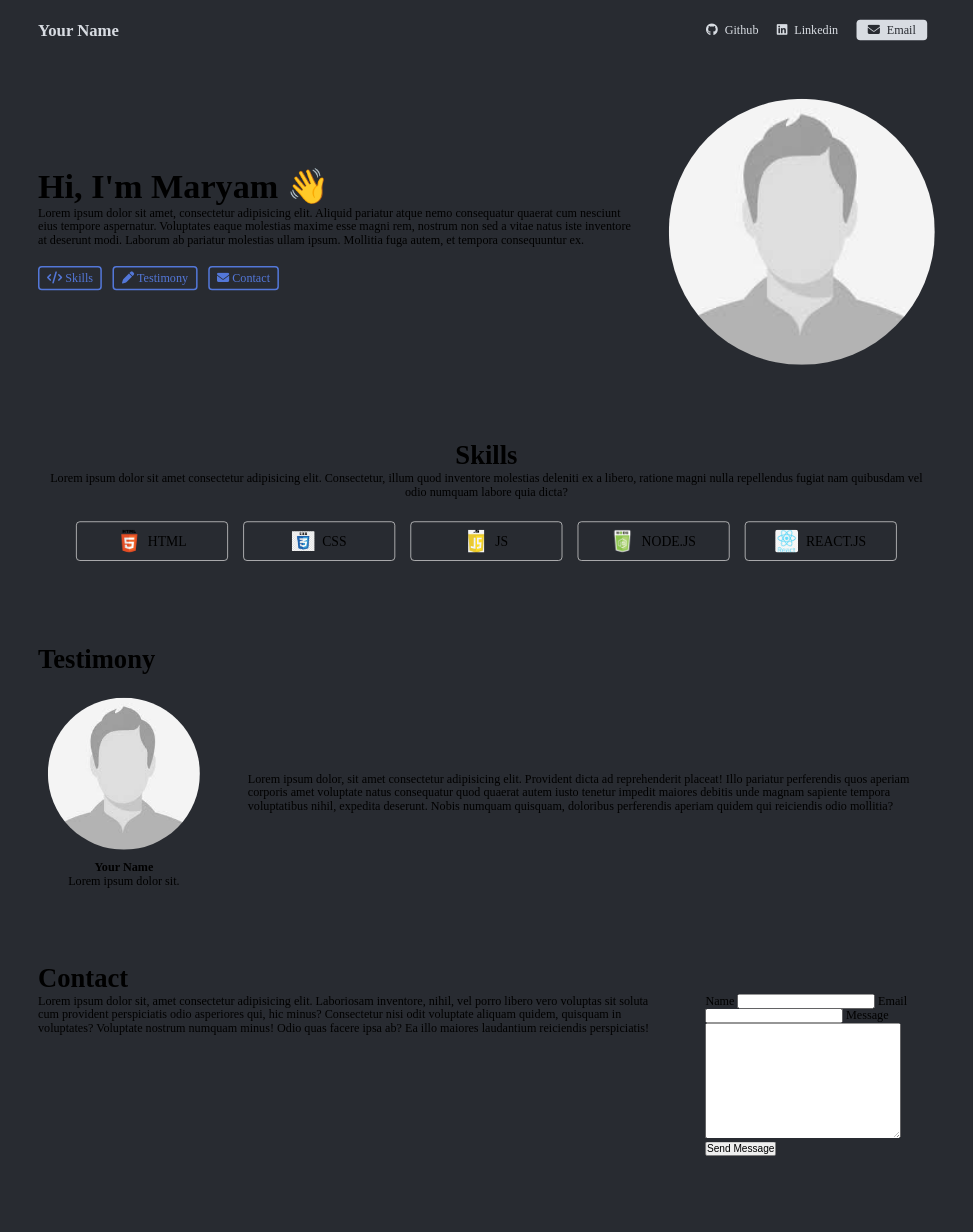
Repository: MaramMaryam/my-portfolio-test
Page: index.html
The author's editor kept a copy of each file at every save. The page is drawn from the files as they stood at one save, then again after a run of saves.
The browser window is 1280 px wide. The pictures show the whole page, at 76% of full size.
Some web libraries are served in a nearby version.

Above is the page before, as saved 2024-09-20 19:31:01.

### index.html
<!DOCTYPE html>
<html lang="en">

<head>
    <meta charset="UTF-8">
    <meta name="viewport" content="width=device-width, initial-scale=1.0">

    <link rel="preconnect" href="https://fonts.googleapis.com">
    <link rel="preconnect" href="https://fonts.gstatic.com" crossorigin>
    <link
        href="https://fonts.googleapis.com/css2?family=Poppins:ital,wght@0,100;0,200;0,300;0,400;0,500;0,600;0,700;0,800;0,900;1,100;1,200;1,300;1,400;1,500;1,600;1,700;1,800;1,900&display=swap"
        rel="stylesheet">

    <link rel="stylesheet" href="https://cdnjs.cloudflare.com/ajax/libs/font-awesome/6.6.0/css/all.min.css"
        integrity="sha512-Kc323vGBEqzTmouAECnVceyQqyqdsSiqLQISBL29aUW4U/M7pSPA/gEUZQqv1cwx4OnYxTxve5UMg5GT6L4JJg=="
        crossorigin="anonymous" referrerpolicy="no-referrer" />

    <link rel="stylesheet" href="styles.css">
    <title>My Portfolio</title>
</head>

<body>
    <!--navbar-->
    <nav>
        <div class="left">
            <a href="/"> Your Name </a>
        </div>
        <div class="right">
            <a href="http://github.com" target="_blank" rel="">
                <i class="fa-brands fa-github"></i>
                <span>Github</span>
            </a>

            <a href="http://linkedin.com" target="_blank" rel="">
                <i class="fa-brands fa-linkedin"></i>
                <span>Linkedin</span>
            </a>

            <a href="mailto:example@gmail.com">
                <i class="fa-solid fa-envelope"></i>
                <span>Email</span>
            </a>
        </div>
    </nav>
    <main>
        <!--section1-->
        <section class="hero-section">
            <div class="text">
                <h2>Hi, I'm Maryam 👋</h2>
                <p>Lorem ipsum dolor sit amet, consectetur adipisicing elit.
                    Aliquid pariatur atque nemo consequatur quaerat cum nesciunt eius tempore aspernatur.
                     Voluptates eaque molestias maxime esse magni rem, nostrum non sed a vitae natus iste inventore at deserunt modi.
                    Laborum ab pariatur molestias ullam ipsum.
                    Mollitia fuga autem, et tempora consequuntur ex.</p>

                    <div class="links">
                        <a href="#skills">
                            <i class="fa-solid fa-code"></i>
                            <span>Skills</span>
                        </a>
                        <a href="#testimony">
                            <i class="fa-solid fa-pen"></i>
                            <span>Testimony</span>
                        </a>
                        <a href="#contact">
                            <i class="fa-solid fa-envelope"></i>
                            <span>Contact</span>
                        </a>
                    </div>
            </div>
            <div class="headshot">
                <img src="images/headshot.jfif" alt="">
            </div>
        </section>
        <!--section2: skills-->
        <section id="skills" class="skills-section">
            <h2>Skills</h2>
            <div class="text">
                Lorem ipsum dolor sit amet consectetur adipisicing elit. Consectetur,
                illum quod inventore molestias deleniti ex a libero,
                ratione magni nulla repellendus fugiat nam quibusdam vel odio numquam labore quia dicta?
            </div>

            <div class="cells">
                <div class="cell">
                    <img src="images/HTML5.webp" alt="HTML5 logo">
                    <span>HTML</span>
                </div>

                <div class="cell">
                    <img src="images/css.webp" alt="css logo">
                    <span>CSS</span>
                </div>

                <div class="cell">
                    <img src="images/js.webp" alt="js logo">
                    <span>JS</span>
                </div>

                <div class="cell">
                    <img src="images/node.webp" alt="node logo">
                    <span>NODE.JS</span>
                </div>

                <div class="cell">
                    <img src="images/react.webp" alt="react logo">
                    <span>REACT.JS</span>
                </div>
            </div>
        </section>
        <!--section3: testimony-->
        <section id="testimony" class="testimony-section">
            <h2>Testimony</h2>
            <div class="group">
                <div class="person-details">
                    <img src="images/headshot.jfif" alt="">
                    <p>Your Name</p>
                    <p>Lorem ipsum dolor sit.</p>
                </div>
                <div class="text">
                    Lorem ipsum dolor, sit amet consectetur adipisicing elit. Provident dicta ad
                    reprehenderit placeat! Illo pariatur perferendis quos aperiam corporis amet voluptate
                    natus consequatur quod quaerat autem iusto tenetur impedit maiores debitis unde magnam
                    sapiente tempora voluptatibus nihil, expedita deserunt.
                    Nobis numquam quisquam, doloribus perferendis aperiam quidem qui reiciendis odio mollitia?
                </div>
            </div>
        </section>
        <!--section4: contact-->
        <section id="contact" class="contact-section">
            <h2>Contact</h2>
            <div class="group">
                <div class="text">
                    Lorem ipsum dolor sit, amet consectetur adipisicing elit.
                    Laboriosam inventore, nihil, vel porro libero vero voluptas sit soluta cum provident
                    perspiciatis odio asperiores qui, hic minus? Consectetur nisi odit voluptate aliquam quidem,
                     quisquam in voluptates? Voluptate nostrum numquam minus! Odio
                    quas facere ipsa ab? Ea illo maiores laudantium reiciendis perspiciatis!
                </div>

                <form action="">
                    <label for="name">Name</label>
                    <input type="text" id="name">

                    <label for="email">Email</label>
                    <input type="email" id="email">

                    <label for="message">Message</label>
                    <textarea name="" id="message" cols="30" rows="10"></textarea>

                    <button type="submit">Send Message</button>
                </form>
            </div>
        </section>
    </main>
</body>

</html>

### styles.css
:root {
  --text-color: #d8dce2;
  --link-color: #5377d8;
  --background-color: #282b31;
}
* {
  margin: 0;
  padding: 0;
  box-sizing: border-box;
}
html {
  scroll-behavior: smooth;
}
body {
  font-family: "Poppins" sans-serif;
  background-color: var(--background-color);
}
a {
  color: var(--link-color);
  text-decoration: none;
}

/* NAVBAR */
nav {
  display: flex;
  justify-content: space-between;
  padding: 0 50px;
  height: 80px;
  align-items: center;
}
nav .left a {
  color: var(--text-color);
  font-size: 22px;
  font-weight: 600;
}
nav .right a {
  color: var(--text-color);
  margin: 0 10px;
}
nav .right a:last-child {
  color: var(--background-color);
  background-color: var(--text-color);
  padding: 5px 15px;
  border-radius: 5px;
}
nav .right a span {
  margin-left: 5px;
}
/* SECTION 1: HERO */
.hero-section {
  display: flex;
  justify-content: space-between;
  align-items: center;
  padding: 0 50px;
  margin: 50px 0;
  gap: 40px;
  margin-bottom: 100px;
}
.hero-section .text {
  flex: 5;
}
.hero-section .text h2 {
  font-size: 45px;
}
.hero-section .text .links {
  margin-top: 25px;
}
.hero-section .text .links a {
  display: inline-block;
  padding: 5px 10px;
  border: 2px solid var(--link-color);
  border-radius: 5px;
  margin-right: 10px;
  margin-bottom: 10px;
  transition: 0.1s;
}
.hero-section .text .links a:hover {
  color: var(--text-color);
  border: 2px solid var(--text-color);
}
.hero-section .headshot {
  flex: 2;
  display: flex;
  justify-content: right;
}
.hero-section .headshot img {
  border-radius: 50%;
  width: 350px;
}

/* SECTION 2:Skills */
.skills-section {
  padding: 0 50px;
  margin-bottom: 100px;
}

.skills-section h2 {
  text-align: center;
  font-size: 35px;
}
.skills-section .text {
  text-align: center;
  margin-bottom: 20px;
}
.skills-section .cells {
  display: flex;
  justify-content: center;
  flex-wrap: wrap;
}
.skills-section .cells .cell {
  display: flex;
  justify-content: center;
  align-items: center;
  gap: 10px;
  width: 200px;
  padding: 10px 20px;
  margin: 10px;
  border: 1.5px solid #d3d3d3;
  border-radius: 5px;
}
.skills-section .cells .cell img {
  width: 30px;
  height: 30px;
  object-fit: contain;
  border-radius: 3px;
}
.skills-section .cells .cell span {
  font-size: 18px;
}

/* SECTION 3: Testimony  */
.testimony-section {
  padding: 0 50px;
  margin-bottom: 100px;
}
.testimony-section h2 {
  font-size: 35px;
  margin-bottom: 30px;
}
.testimony-section .group {
    display: flex;
    align-items: center;
    gap: 50px;
}
.testimony-section .group .person-details {
    text-align: center;
    flex: 2;
}
.testimony-section .group .person-details img {
    width: 200px;
    aspect-ratio: 1/1;
    object-fit: cover;
    border-radius: 50%;
    margin-bottom: 10px;
}
.testimony-section .group .person-details p {
    font-weight: 600;
}
.testimony-section .group .person-details p:last-child {
    font-weight: normal;
}

.testimony-section .group  .text {
    flex: 8;
}

  /* SECTION 4: Contact */
  .contact-section {
    padding: 0 50px;
    margin-bottom: 100px;
  }
  .contact-section h2 {
    font-size: 35px;
  }
  .contact-section .group {
    display: flex;
    gap: 50px;
  }


@media (max-width: 850px) {
  /* SECTION1 : HERO*/
  .hero-section .text h2 {
    font-size: 35px;
  }
}

@media (max-width: 740px) {
  /* SECTION1 : HERO*/
  .hero-section {
    flex-direction: column-reverse;
  }
  .hero-section .headshot img {
    width: 300px;
  }
  /* SECTION 3: Testimony */
  .testimony-section {
    text-align: center;
  }
  .testimony-section .group {
    flex-direction: column;
  }
}

@media (max-width: 600px) {
  /* NAVBAR */
  nav {
    padding: 0 20px;
  }
  nav .right a {
    font-style: 22px;
  }
  nav .right a:last-child {
    color: var(--text-color);
    background-color: transparent;
    padding: 0;
  }
  nav .right a span {
    display: none;
  }

  /* SECTION1:HERO */
  .hero-section {
    padding: 0 20px;
  }
  .hero-section .text h2 {
    font-size: 30px;
  }
  /* SECTION2: Skills */

  .skills-section {
    padding: 0 20px;
  }
  .skills-section .cells .cell span {
    font-size: 16px;
  }
}

After the next 3 saves:
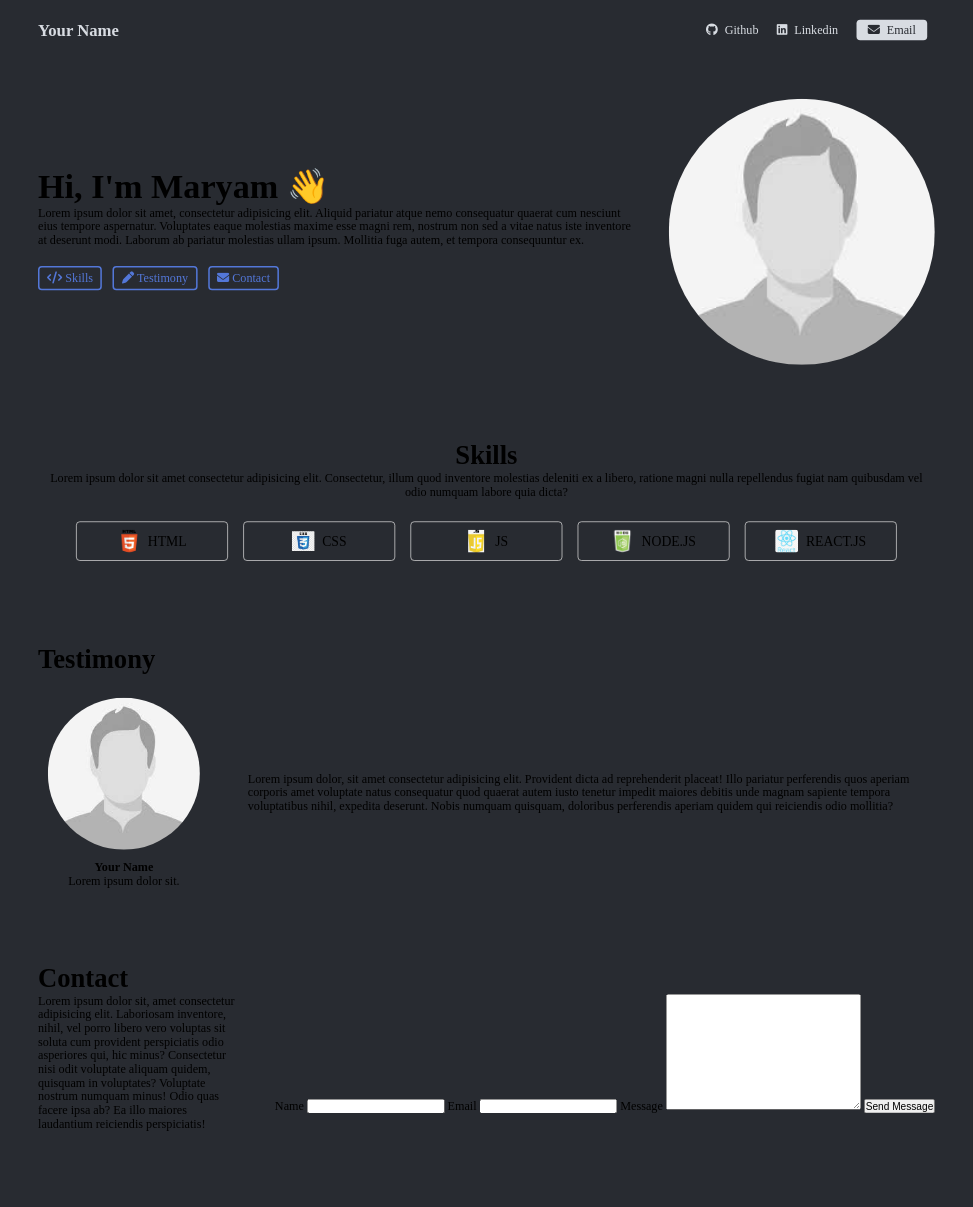
The 3 saves are shown as one change because they came seconds apart.
The last was saved 17 s later.
--- a/styles.css
+++ b/styles.css
@@ -176,7 +176,9 @@ nav .right a span {
     display: flex;
     gap: 50px;
   }
-
+  .contact-section .group .text{
+    flex: 3;
+  }
 
 @media (max-width: 850px) {
   /* SECTION1 : HERO*/
